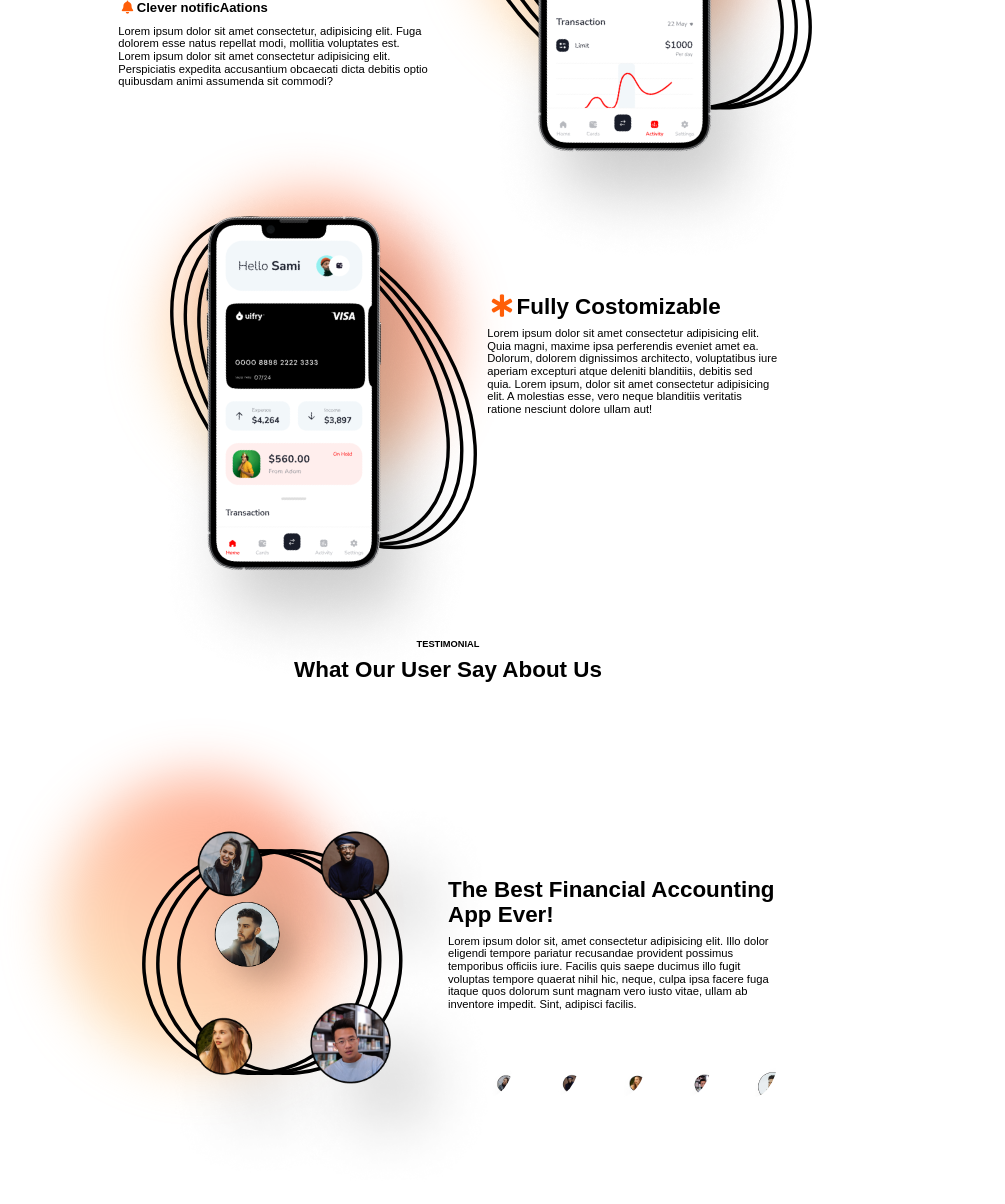
Repository: sakshambansal7/Uifry
Page: index.html
An editor plug-in stored every save of this project. The page is shown before and after the next save, followed by the edit.
The browser window is 1280 px wide. The page is 1435 px wide, so the pictures cover 1435 px, including what lies to the right of the window. The pictures show the part of the page from y = 1714 to 3434 px (the page is 3434 px tall), at 70% of full size.
Some web libraries are served in a nearby version.

Above is the page before, as saved 2024-06-12 22:34:24.

### index.html
<!DOCTYPE html>
<html lang="en">
  <head>
    <meta charset="UTF-8" />
    <meta name="viewport" content="width=device-width, initial-scale=1.0" />
    <title>uifry.com</title>
    <link rel="stylesheet" href="style.css" />
    <link rel="stylesheet" href="https://cdnjs.cloudflare.com/ajax/libs/font-awesome/6.1.1/css/all.min.css">

  </head>
  <body>
    <nav class="navbar">
      <div>
        <img class="logo" src="./images/logo.png" alt="img" />
      </div>
      <div class="nav">
        <div><a href="#" class="nav__link active">Home </a></div>
        <div><a href="#" class="nav__link">About Us</a></div>
        <div><a href="#" class="nav__link">Pricing</a></div>
        <div><a href="#" class="nav__link">features</a></div>
      </div>
      <div class="download">
        <button class="button">Download</button>
      </div>
    </nav>
    <div class="part1 ">
      <div class="left">
        <div class="bg-shape1"></div>
        <h1>Make The Best Financial Decisions</h1>
        <div class="bg-shape1 position-1"></div> <!-- Duplicate for top and bottom -->
        <p>Lorem ipsum dolor sit amet consectetur, adipisicing elit. Fuga dolorem esse natus repellat modi, mollitia voluptates est.</p>
        <div class="cta-buttons">
          <button class="get-started-btn">Get Started <i class="fa-solid fa-arrow-right"></i></button>
          <button class="watch-video-btn"> <i class="fa-solid fa-circle-play"></i>Watch Video</button>
        </div>
      </div>

      <div class="right">
        <div class="bg-shape2"></div>
        <div class="elipse-common elipse"></div>
        <div class="elipse-common elipse1"></div>
        <div class="elipse-common elipse2"></div>

        <img class="image1" src="./images/iphone.png" alt="Mobile App Mockup" />
        <img class="image2" src="./images/igraph.png" alt="Mobile App Mockup" />
        <img class="image3" src="./images/iphone.png" alt="Mobile App Mockup" />
      </div>

    </div>
    <div class="part2">
      <div class="left">
        <div class="bg-shape2"></div>
        <div class="elipse-common elipse3"></div>
        <div class="elipse-common elipse4"></div>
        <div class="elipse-common elipse5"></div>

        <img class="image1" src="./images/iphone.png" alt="Mobile App Mockup" />

      </div>
      <div class="right">
        <h4>FEATURES</h4>
        <H1>Uifry Premium</H1>
        <h3><i class="fa-regular fa-star custom-color"></i> Budgeting intervals</h3>
        <p>Lorem ipsum dolor sit amet consectetur, adipisicing elit. Fuga dolorem esse natus repellat modi, mollitia voluptates est.</p>
        <h3> <i class="fa-solid fa-gear custom-color"></i> Budgeting intervals</h3>
        <p>Lorem ipsum dolor sit amet consectetur, adipisicing elit. Fuga dolorem esse natus repellat modi, mollitia voluptates est.</p>
        <h3><i class="fa-solid fa-star-of-life custom-color"></i>Budgeting intervals</h3>
        <p>Lorem ipsum dolor sit amet consectetur, adipisicing elit. Fuga dolorem esse natus repellat modi, mollitia voluptates est.</p>

      </div>
    </div>
    <div class="part3">
      <div class="left">
        <h4>ADVANTAGES</h4>
        <H1> Why Choose Uifry ?</H1>
        <h3><i class="fa-solid fa-bell custom-color"></i>Clever notificAations</h3>
        <p>Lorem ipsum dolor sit amet consectetur, adipisicing elit. Fuga dolorem esse natus repellat modi, mollitia voluptates est. Lorem ipsum dolor sit amet consectetur adipisicing elit. Perspiciatis expedita accusantium obcaecati dicta debitis optio quibusdam animi assumenda sit commodi?</p>

      </div>
      <div class="right">
        <div class="bg-shape2"></div>
        <div class="elipse-common elipse3"></div>
        <div class="elipse-common elipse4"></div>
        <div class="elipse-common elipse5"></div>
        <img src="./images/igraph.png" alt="img">
      </div>
    </div>
    <div class="part4">
      <div class="left">
        <div class="bg-shape2"></div>
        <div class="elipse-common elipse3"></div>
        <div class="elipse-common elipse4"></div>
        <div class="elipse-common elipse5"></div>
        <img src="./images/iphone.png" alt="img">
      </div>
      <div class="right">
        <h1><i class="fa-solid fa-star-of-life custom-color "></i>Fully Costomizable</h1>
        <p>Lorem ipsum dolor sit amet consectetur adipisicing elit. Quia magni, maxime ipsa perferendis eveniet amet ea. Dolorum, dolorem dignissimos architecto, voluptatibus iure aperiam excepturi atque deleniti blanditiis, debitis sed quia. Lorem ipsum, dolor sit amet consectetur adipisicing elit. A molestias esse, vero neque blanditiis veritatis ratione nesciunt dolore ullam aut!</p>
      </div>
    </div>
    <div class="parent-container">
      <h5>TESTIMONIAL</h5>
      <h1>What Our User Say About Us</h1>
  </div>

    <div class="part5">
      <div class="left">
        <div class="bg-shape2"></div>
        <div class="elipse-common elipse6"></div>
        <div class="elipse-common elipse7"></div>
        <div class="elipse-common elipse8"></div>

        <div class="img1 "><img src="./images/1.png" alt="img"></div>
        <div class="img2 "><img src="./images/2.png" alt="img"></div>
        <div class="img3 "><img src="./images/3.png" alt="img"></div>
        <div class="img4 "><img src="./images/4.png" alt="img"></div>
        <div class="main "><img src="./images/main.png" alt="img"></div>

      </div>
      <div class="right">
        <h1>The Best Financial Accounting App Ever!</h1>
        <p>Lorem ipsum dolor sit, amet consectetur adipisicing elit. Illo dolor eligendi tempore pariatur recusandae provident possimus temporibus officiis iure. Facilis quis saepe ducimus illo fugit voluptas tempore quaerat nihil hic, neque, culpa ipsa facere fuga itaque quos dolorum sunt magnam vero iusto vitae, ullam ab inventore impedit. Sint, adipisci facilis.</p>

        <div class="images">
          <div class="img"><img src="./images/1.png" alt="img"></div>
          <div class="img"><img src="./images/2.png" alt="img"></div>
          <div class="img"><img src="./images/3.png" alt="img"></div>
          <div class="img"><img src="./images/4.png" alt="img"></div>
          <div class="img"><img src="./images/main.png" alt="img"></div>
        </div>
      </div>

    </div>
  </body>
  <script src="script.js"></script>
</html>

### style.css

*{
    margin: 0px;
    padding: 5px;

}
body {
  margin-left: 20vh;
  margin-right: 20vh;
  font-family: Arial, sans-serif;
  background: #fff;
  color: #000000;
  justify-content: center;
  box-sizing: border-box;
}

  /* navbar */
.logo {
  width: 120px;
}


.navbar{
  display: flex;
  justify-content: flex-start;

}
.nav{
  padding-top: 10px;
  display: flex;
  justify-content: center;

}
nav  {
  display: inline;
}

nav a {
  text-decoration: none;
  color: #333;
  font-weight: bold;
}


.button {
  width: 160px;
  height: 40px;
  border-radius: 3px;
  background-color: #000000;
  color: #fff;
  padding: 10px 20px;
  cursor: pointer;
  border: none;
  font-weight: bold;
  margin-left: 40vh;
}
.download{

  padding-top: 10px;
}


.nav__link {
    display: block;
    padding: .3125rem 1.5rem;
    text-transform: uppercase;
  }

  .nav__link.active  {

    color: #FF5E08;
  }

  /* part-1 */

  .part1 {
    height: 85vh;
    display: inline-flex;
        justify-content: space-between;
        top: 50px !important;
        inset: 0;


    padding: 60px 40px;
}

/* .absolute{
  position: absolute;
  inset: 0;
  justify-content: center;
  display: inline-flex;
  flex-direction: row;
} */
.left {
  max-width: 50%;
}

.part1 h1 {
  font-size: 3em;
  margin: 0 0 20px;
}

.part1 p {
  font-size: 1.2em;
  margin: 0 0 40px;
}

.cta-buttons {
  display: flex;
  gap: 20px;
}

.get-started-btn,
.watch-video-btn {
  background: #000;
  color: #fff;
  padding: 15px 30px;
  border: none;
  cursor: pointer;
  font-size: 1em;
  font-weight: bold;
}

.watch-video-btn {
  color: #000000;

  background: transparent;
}

.right {
  max-width: 50%;
  position: relative; /* Add position relative to use as a reference for absolute positioning */
}

.right .image1{

  position: absolute;
  z-index: 3;
  width: 100%;
  padding-left: 0px;



}
.right .image2 {
  position: absolute;
  padding-top: 50px;
  padding-left: 100px;


  z-index: 2;
  max-width: 100%;
}
.right .image3 {


  padding-top: 100px;
  padding-left: 200px;
  z-index: 1;
  max-width: 100%;
}
/* background-effect */


.justify-center{
  justify-content: center;
}

/* background-effect */
.left {
  max-width: 50%;
  position: relative; /* Add this line */
}

.bg-shape1 {
  width: 400px;
  height: 400px;
  border-radius: 9999px;
  position: absolute; /* Change to absolute for proper positioning */
  top: 0px; /* Positioning adjustments */
  left: 50%; /* Positioning adjustments */
  transform: translateX(-50%); /* Center the shape horizontally */
  z-index: -1; /* Ensure it's behind the text */
  background: linear-gradient(35deg,  #FDE598,#ff3508); /* Dual color gradient */
  opacity: 0.5; /* Adjust as necessary */
  filter: blur(40px);

}

.bg-shape2 {
  width: 400px;
  height: 400px;
  border-radius: 9999px;
  position: absolute; /* Change to absolute for proper positioning */
  top: 50px; /* Positioning adjustments */
  left: 50%; /* Positioning adjustments */
  transform: translateX(-50%); /* Center the shape horizontally */
  z-index: -1; /* Ensure it's behind the text */
  background: linear-gradient(35deg,  #FDE598,#ff3508); /* Dual color gradient */
  opacity: 0.5; /* Adjust as necessary */
  filter: blur(40px);

}

  /* circular shape */

  .elipse-common {

    background: none;
    border-radius: 50%;
    -ms-transform: rotate(40deg);  /* IE 9 */
    -webkit-transform: rotate(40deg);  /* Safari */
    transform: rotate(40deg);
    position: absolute;
    top: 150px;
    border: 5px solid black;
    z-index: -1; /* Ensure it's behind the text */
}

.elipse {
  width: 700px;
  height: 305px;
    left: 45px;

}

.elipse1 {
  width: 700px;
  height: 305px;
    left: 25px;
}

.elipse2 {
  width: 700px;
  height: 305px;
    left: 5px;
}
.elipse3 {
  width: 500px;
  height: 305px;
    left: 45px;

}

.elipse4 {
  width: 500px;
  height: 305px;
    left: 25px;
}

.elipse5 {
  width: 500px;
  height: 305px;
    left: 5px;
}


.part2{
  display: flex;
  height: 85vh;
}

  .part2 .left .image1{
    transform: rotate(15deg);
  }

  .part2 .right{
    margin-top: 20vh;

  }
  .part2 .right h3 h1{
    font-weight: 900; /* 400 is normal, 700 is bold */
  }
  .part2 .right h4{
    color: #FF5E08;
  }
  .custom-color {
    color: #FF5E08;
}

.part3{
  display: flex;
  align-items: center;
  justify-content: center;
  height: 80vh;



}
.part3 .left h4{
  color: #FF5E08;

}
.part3 .left p{
 font-weight: 100;

}
.part3 .right img{
  transform: rotate(15deg);

}


.part4{
  gap: 5vh;
  display: flex;
  align-items: center;
  justify-content: center;
  height: 80vh;

}


.part4  .left{
  transform: rotate(15deg);


}
.part4 .right{
  padding-bottom: 30vh;
}



.elipse6 {
  width: 300px;
  height: 305px;
    left: 65px;



}

.elipse7 {
  width: 300px;
  height: 305px;
    left: 45px;
}

.elipse8 {
  width: 300px;
  height: 305px;
    left: 95px;
}

.parent-container {
  text-align: center;
}

.part5{
  margin-top: 10vh;
  display: flex;
  gap: 30vh;
  position: relative;


}


.part5  img {
  position: relative;
  top: 50px;
  left: 50px;
}
.part5  .img1{
  position: absolute;
  top: 1vh;
  left: .1h;
  z-index: 4;



}
.part5  .img2{
  position: absolute;
  top: 1vh;
  left: 25vh;
  z-index: 5;

}
.part5  .img3{
  position: absolute;
  top: 38vh;
  left: .1vh;
  z-index: 3;


}
.part5  .img4{
  position: absolute;
  top: 35vh;
  left: 23vh;
  z-index: 2;


}
.part5 .main {
  position: relative;
  top: 19vh;
  left: 8vh;
  z-index: 1;

}

/* Adjust the size of the image within the .main div */
.part5 .main img {
  width: 80%; /* Decrease the width to 50% of its original size */
  height: auto; /* Maintain aspect ratio */
}


.part5 .right{
  margin-top:25vh ;
}
.images{
  display: flex;
  align-items: center;
  justify-content: center;
}

.images .img {
  display: flex;
  align-items: center;
  justify-content: center;
  width: 25vh;
  height: 15vh;
  border-radius: 50%;
  overflow: hidden; /* Ensure the images fit within the circular divs */

}

.images .img img {
  width: 100%;
  height: 100%;
  object-fit: contain;
}

### script.js
document.addEventListener('DOMContentLoaded', function() {
    const selector = '.nav__link';
    const elems = Array.from( document.querySelectorAll( selector ) );
    const navigation = document.querySelector( 'nav' );

    function makeActive( evt ) {
      const target = evt.target;

      if ( !target || !target.matches( selector ) ) {
        return;
      }

      elems.forEach( elem => elem.classList.remove( 'active' ) );

        evt.target.classList.add( 'active' );
    };

    navigation.addEventListener( 'mousedown', makeActive );

    } );

After the next save:
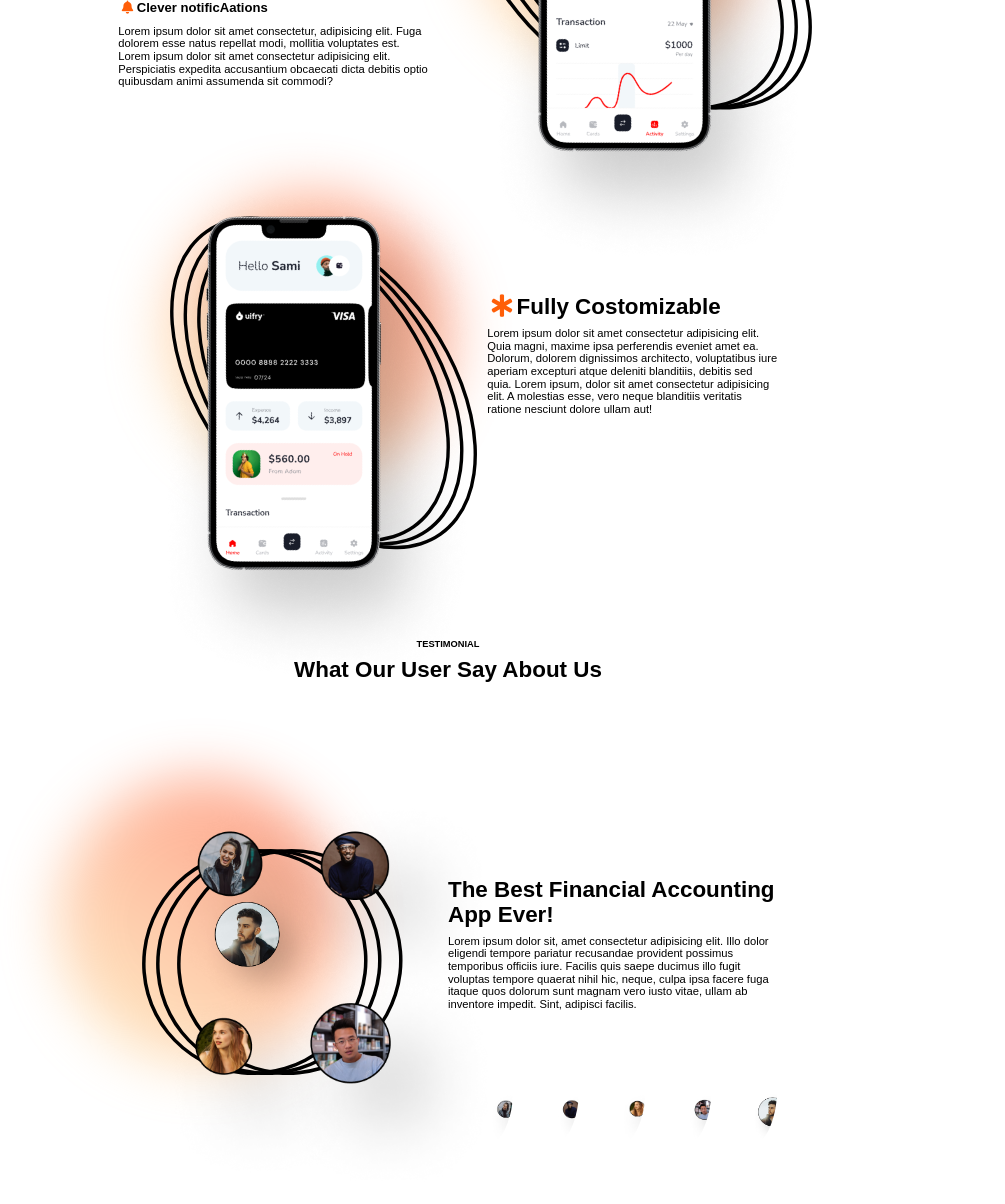
Saved 6 s later.
--- a/style.css
+++ b/style.css
@@ -423,7 +423,7 @@ nav a {
   align-items: center;
   justify-content: center;
   width: 25vh;
-  height: 15vh;
+  height: 25vh;
   border-radius: 50%;
   overflow: hidden; /* Ensure the images fit within the circular divs */
 

After the 2 saves that followed:
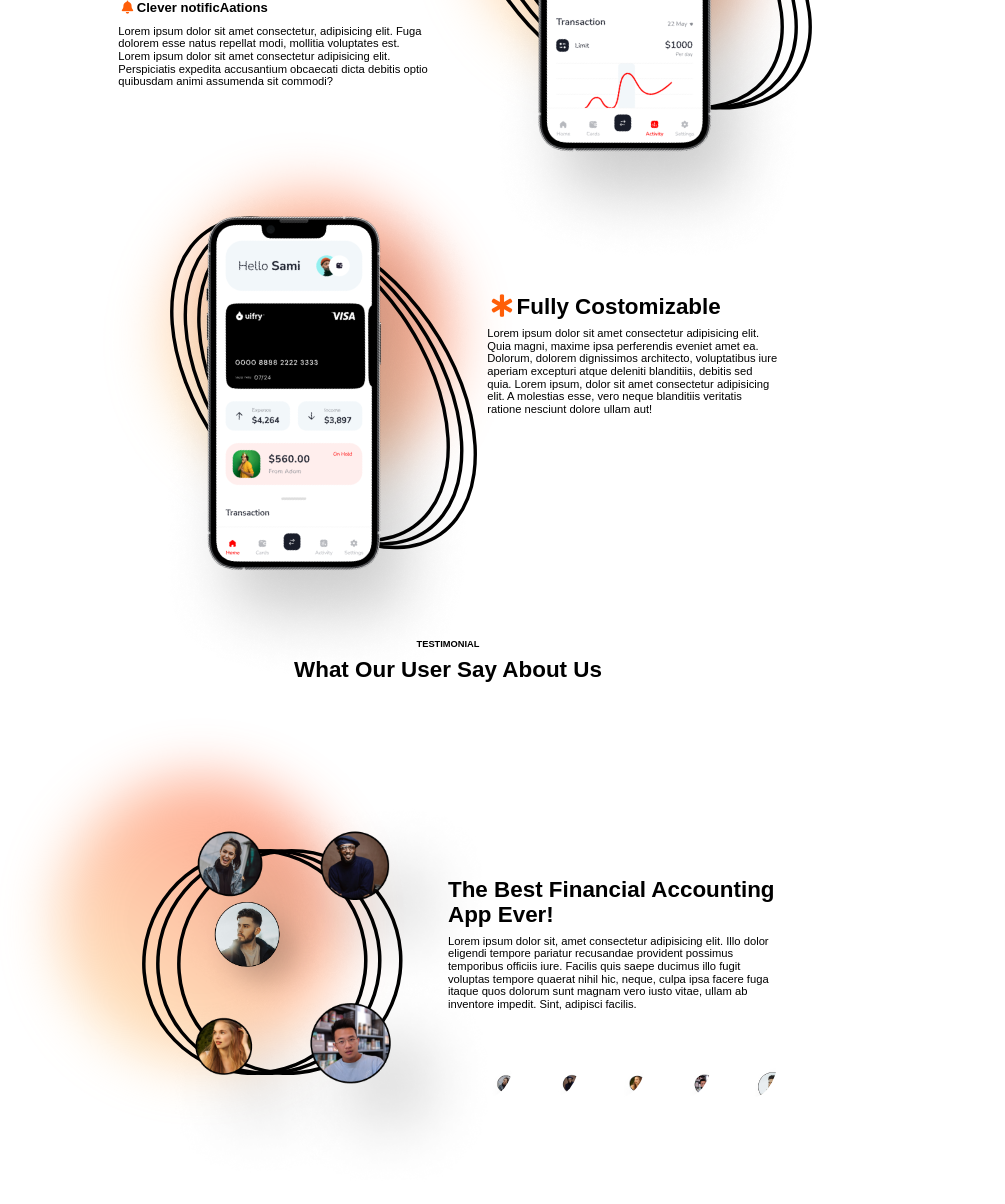
The 2 saves are shown as one change because they came seconds apart.
The last was saved 11 s later.
--- a/style.css
+++ b/style.css
@@ -422,8 +422,8 @@ nav a {
   display: flex;
   align-items: center;
   justify-content: center;
-  width: 25vh;
-  height: 25vh;
+  width: 35vh;
+  height: 15vh;
   border-radius: 50%;
   overflow: hidden; /* Ensure the images fit within the circular divs */
 
